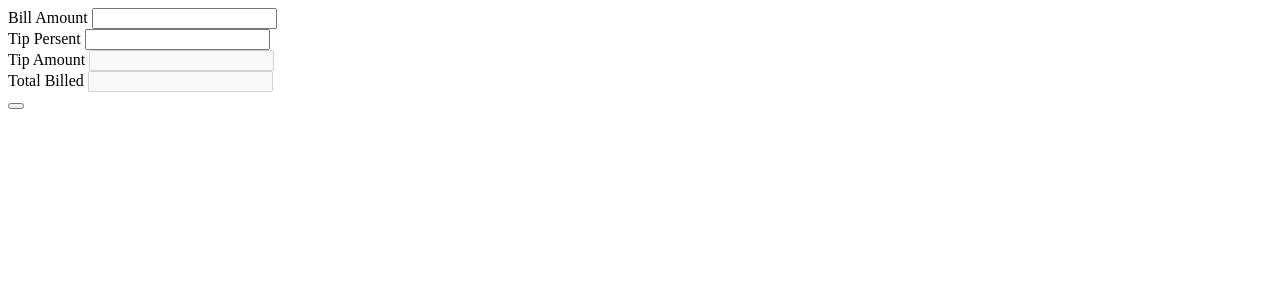
Repository: ZainAkbar51214/Tip-Calculator
Page: index.html
These files come from the project's save history. The page is drawn as it stood at one moment and after the next save; the edit follows.
The browser window is 1280 px wide. The pictures show the whole page.

Above is the page before, as saved 2024-03-25 09:46:17.

### index.html
<!DOCTYPE html>
<html lang="en">
<head>
    <meta charset="UTF-8">
    <meta name="viewport" content="width=device-width, initial-scale=1.0">
    <title>Tip Calculator</title>
</head>
<body>
    <div class="container">
        <div class="row">
            <div class="col">
                <div class="calculator">
                    <label>Bill Amount</label>
                    <input type="text" name="" id="tip_amount">
                    <br>
                    <label>Tip Persent</label>
                    <input type="text" name="" id="tip_persent">
                    <br>
                    <label>Tip Amount</label>
                    <input type="text" name="" id="tip_total" disabled>
                    <br>
                    <label>Total Billed</label>
                    <input type="text" name="" id="total_billed" disabled>
                    <br>
                    <button></button>
                </div>
            </div>
        </div>
    </div>
</body>
</html>

After the next save:
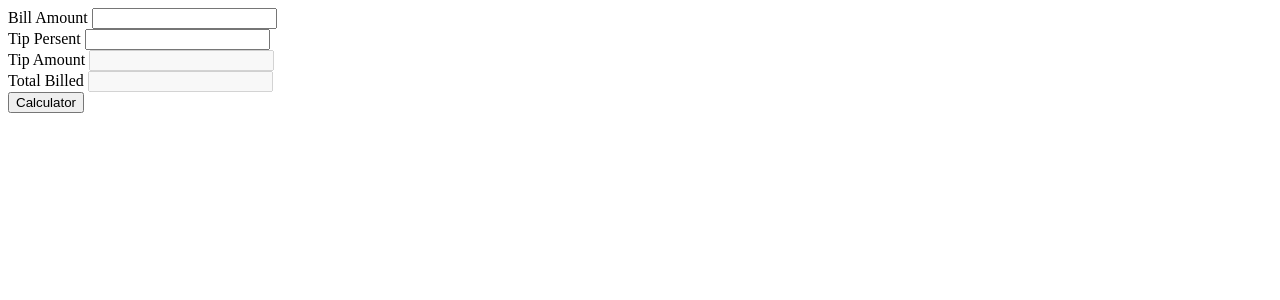
Saved 42 s later.
--- a/index.html
+++ b/index.html
@@ -22,7 +22,7 @@
                     <label>Total Billed</label>
                     <input type="text" name="" id="total_billed" disabled>
                     <br>
-                    <button></button>
+                    <button class="btn" onclick="tipCalculate()">Calculator</button>
                 </div>
             </div>
         </div>
